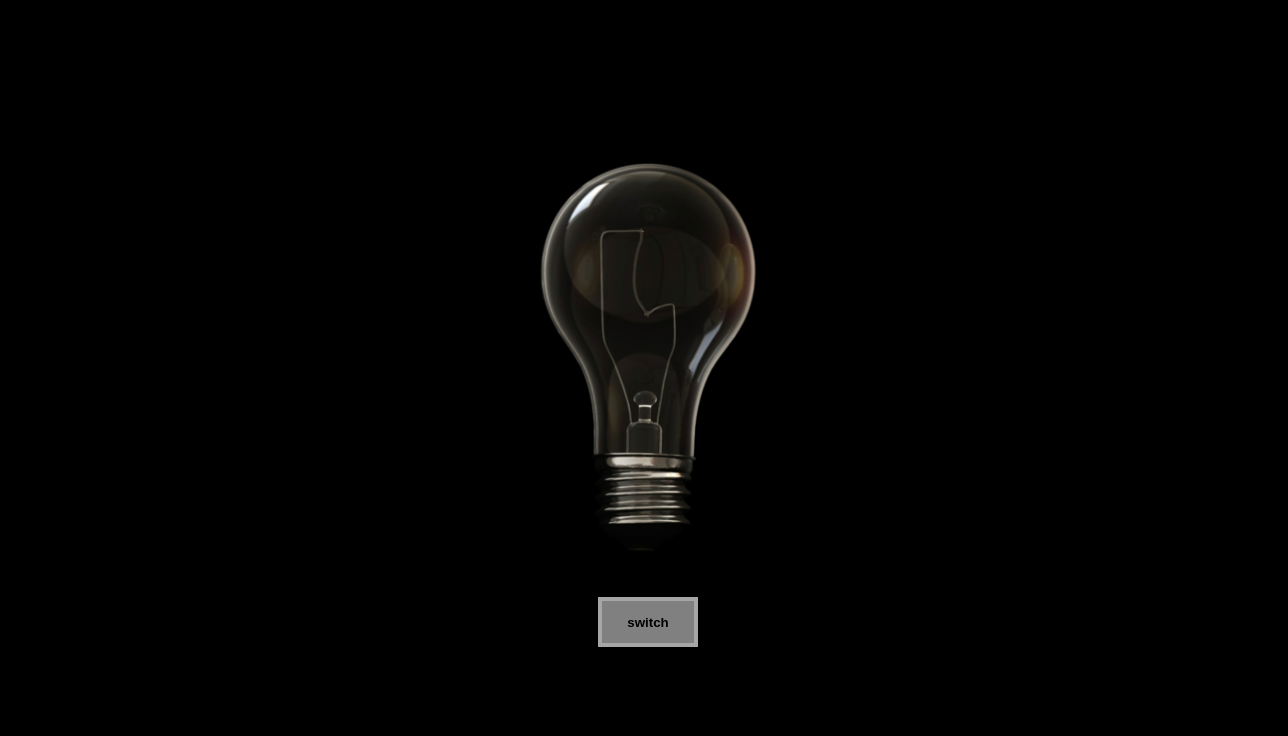
Repository: JunaidAnsari202/bulb
Page: index.html
An editor plug-in stored every save of this project. The page is shown before and after the next save, followed by the edit.
The browser window is 1280 px wide. The page is 1288 px wide, so the pictures cover 1288 px, including what lies to the right of the window. The pictures show the whole page.
The pointer rests on the first visible `.bttn`.

Above is the page before, as saved 2023-10-27 21:44:20.

### index.html
<!DOCTYPE html>
<html lang="en">
<head>
    <meta charset="UTF-8">
    <meta name="viewport" content="width=device-width, initial-scale=1.0">
    <title>Document</title>
    <link rel="stylesheet" href="style.css">
</head>
<body>
<div><img id="bulb" src="img/off.jpg" alt="" class="bulb"></div>
   <div> <button id="btn" class="bttn" ><span style="display: hidden;">switch</span></button></div>
</body>

<script>
    let button=document.getElementById('btn')
    let bulb=document.getElementById('bulb')
    button.addEventListener('click',bulbs)
    function bulbs(e){
        if(button.textContent.includes('on')){
            bulb.src="img/off.jpg"
            button.textContent="Turn off"
        }
        else{
            bulb.src="img/on.jpg"
            button.textContent="Turn on"
        }
    }
   </script>
</html>

### style.css
body{
    width: 100vw;
    height: 100vh;
    background-color: black;
    overflow: hidden;
    display: flex;
    justify-content: center;
    align-items: center;
    flex-direction: column;
}
*{
    /* border: 1px red dashed; */

}
.bulb{
    height: 500px;
    width: 350px;
}


.bttn{
    margin-top: 4%;
    /* margin-left: ; */
    font-weight: 800;
    height: 50px;
    width: 100px;
    border: 4px rgba(0, 0, 0, 0.299) solid;


}
.bttn:hover{
    background-color: grey;
    border: 4px rgba(255, 255, 255, 0.299) solid;

}

After the next save:
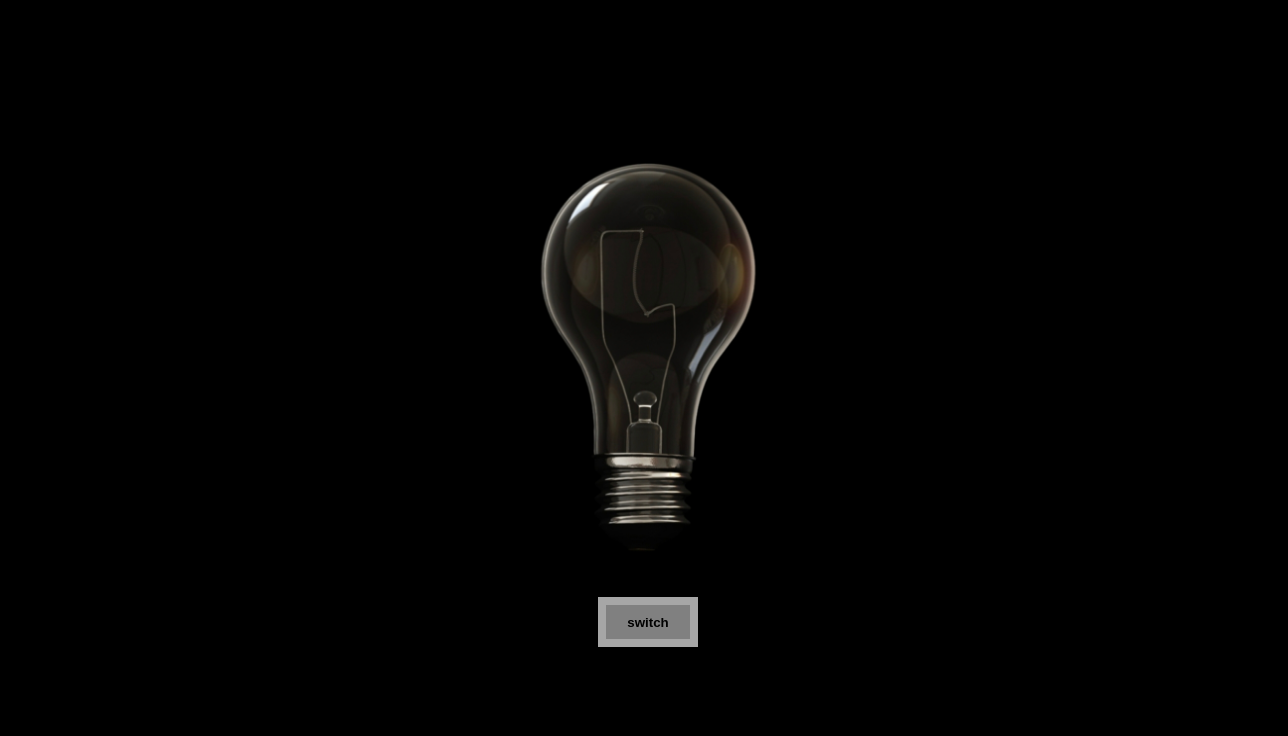
Saved 14 s later.
--- a/style.css
+++ b/style.css
@@ -30,6 +30,6 @@ body{
 }
 .bttn:hover{
     background-color: grey;
-    border: 4px rgba(255, 255, 255, 0.299) solid;
+    border: 8px rgba(255, 255, 255, 0.299) solid;
 
 }
